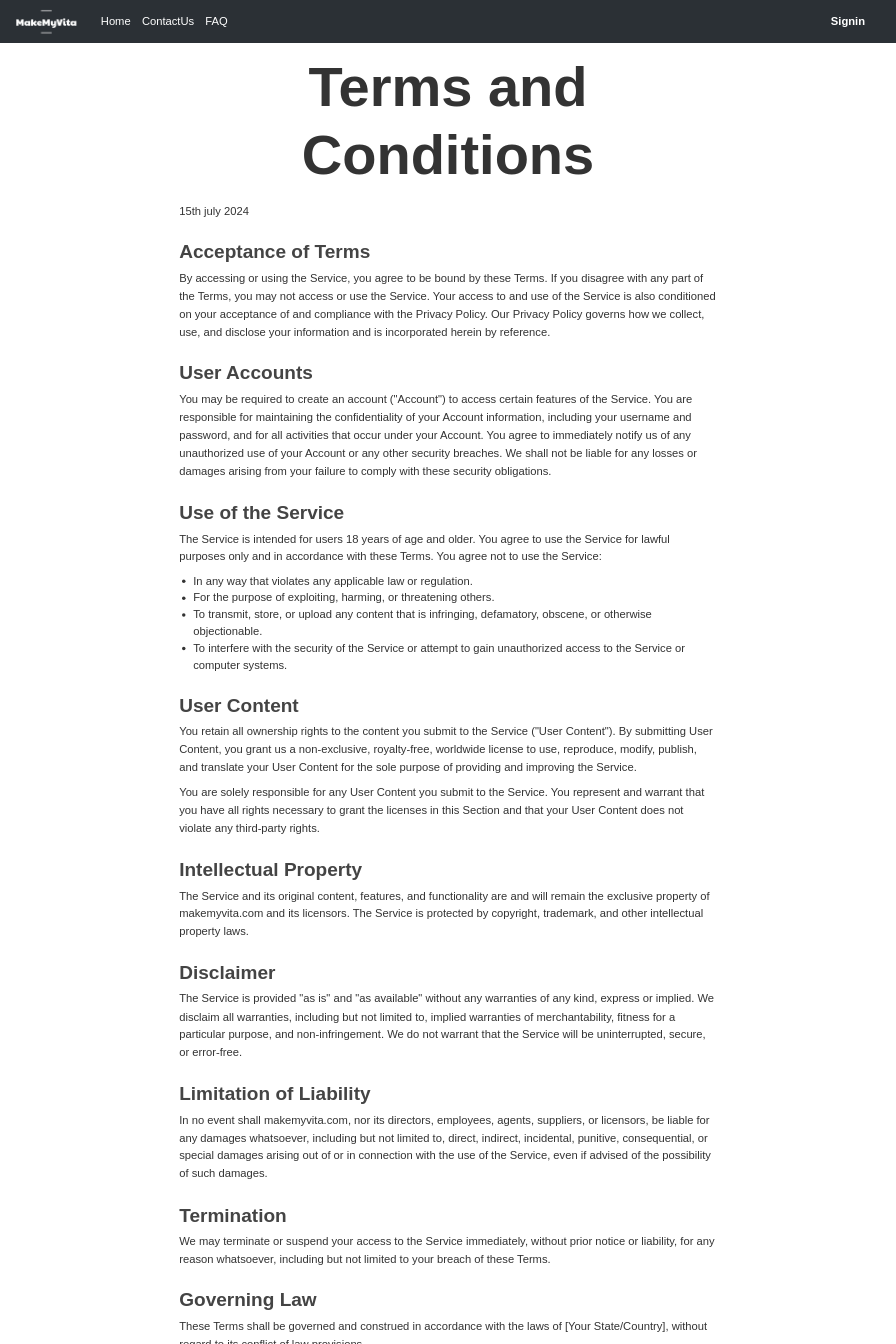
Repository: Tejaakshaykumar/MakeMyVita-Resume-Builder-Website
Page: /T&C (app in frontend/)
These files come from the project's save history. The page is drawn as it stood at one moment and after a run of saves; the edit follows.
The browser window is 1280 px wide. The pictures show the part of the page from y = 0 to 1920 px (the page is 2648 px tall before and 2725 px after), at 70% of full size.
Some web libraries are served in a nearby version. The project was rebuilt for these pictures with package versions that can differ from the ones it lists, and the page was loaded fresh each time. Also part of the build but not shown: frontend/src/App.css, frontend/src/containers/About.js, frontend/src/containers/Buildresume.js, frontend/src/containers/Images.js, frontend/src/containers/Features.js, frontend/src/containers/Review.js, frontend/src/containers/Trybox.js, frontend/src/containers/Motionbox.js and 5 more.

Above is the page before, as saved 2024-06-10 11:33:47.

After the next 2 saves:
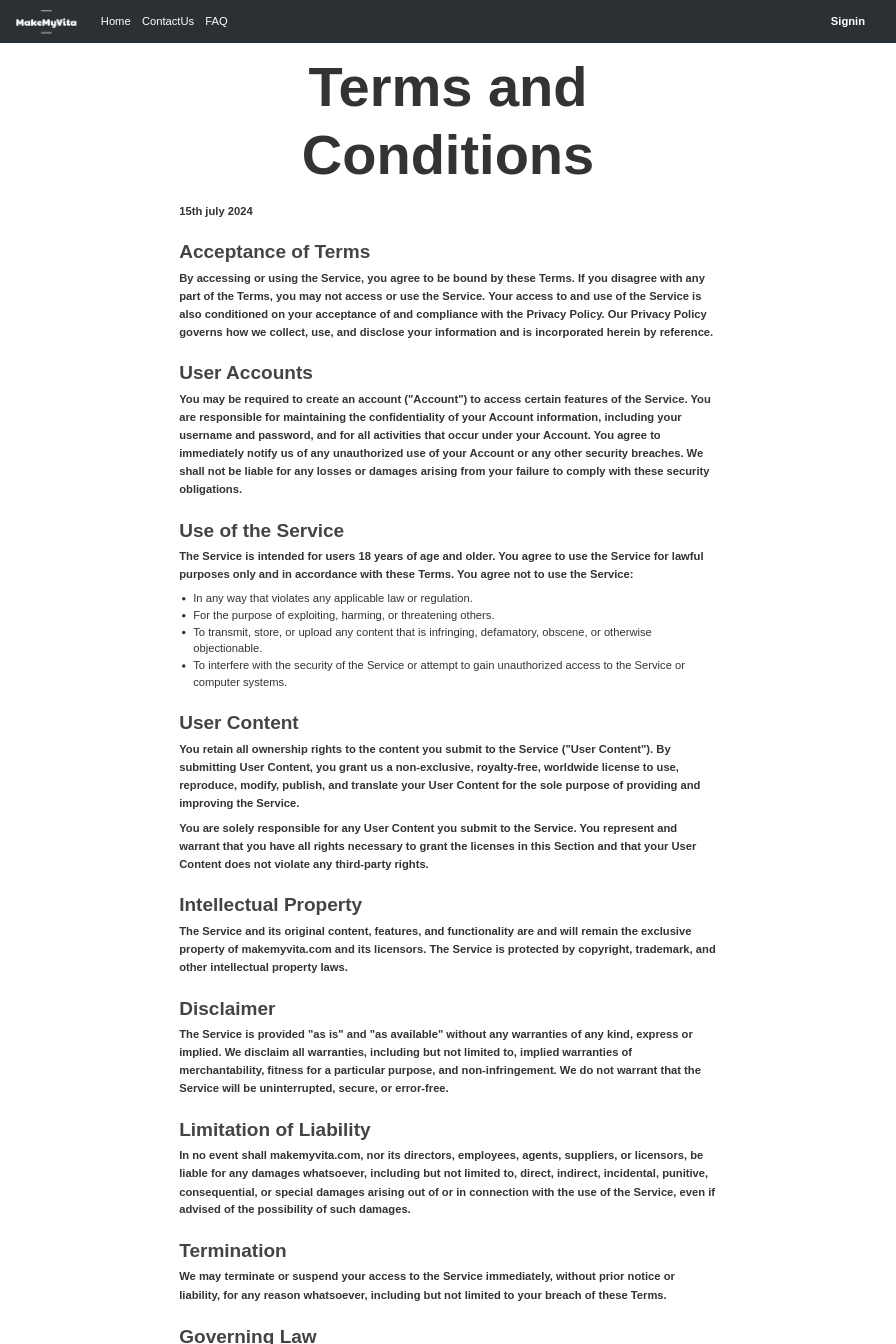
The 2 saves are shown as one change because they came seconds apart.
The last was saved 8 s later.
--- a/frontend/src/pages/pagestyles.css
+++ b/frontend/src/pages/pagestyles.css
@@ -24,7 +24,7 @@
 
   .tandc-container p {
     line-height: 1.6;
-    font-weight: 500;
+    font-weight: 700;
     font-size: 1rem;
   }
 
